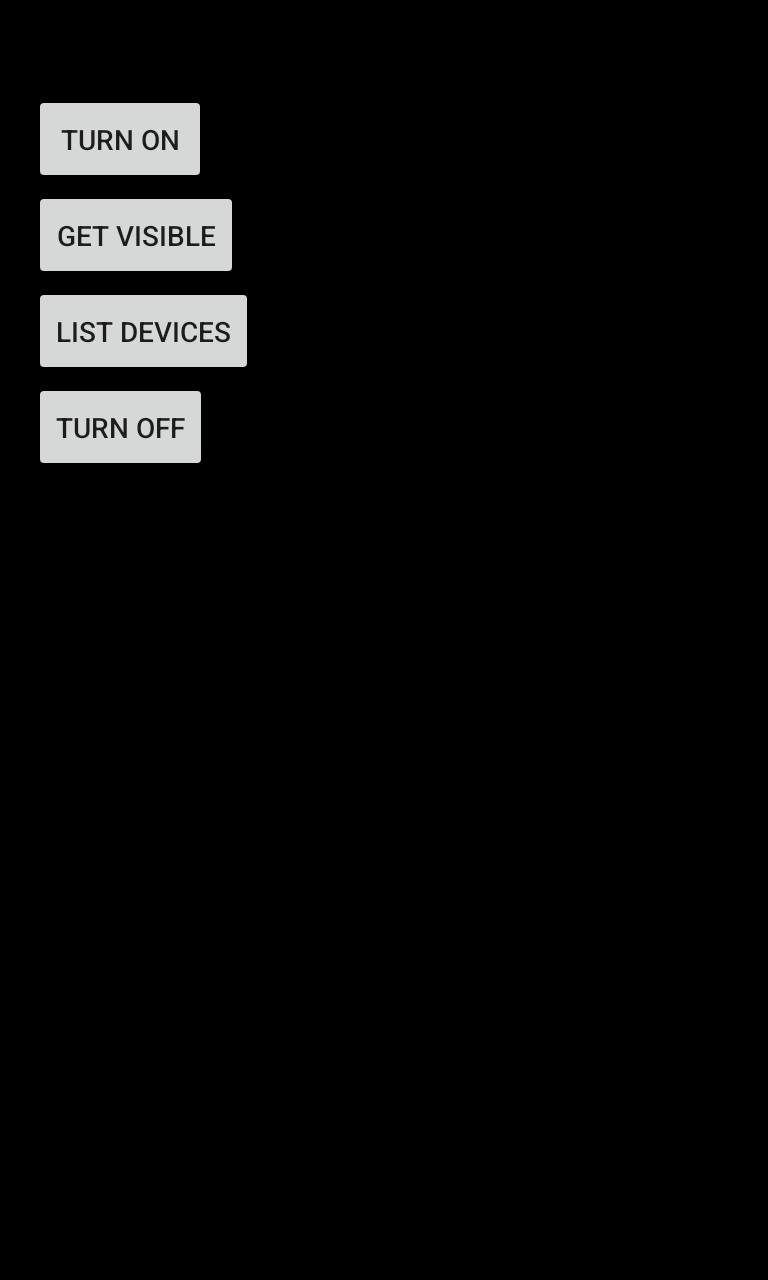
Repository: sjbrown4/BAN
Layout: HeartApp/HealthMonitor/res/layout/activity_main.xml
An editor plug-in stored every save of this project. The layout is shown before and after the next save, followed by the edit.
It is drawn on a 768 x 1280 px phone screen (xhdpi) without system bars, with theme AppTheme; the app's code is not run. Lists and similar views that code fills are empty.

Above is the layout before, as saved 2014-10-31 01:59:10.

### HeartApp/HealthMonitor/res/layout/activity_main.xml
<RelativeLayout xmlns:android="http://schemas.android.com/apk/res/android"
     xmlns:tools="http://schemas.android.com/tools"
     android:background="@drawable/black_background"
     android:layout_width="match_parent"
     android:layout_height="match_parent"
     android:paddingBottom="@dimen/activity_vertical_margin"
     android:paddingLeft="@dimen/activity_horizontal_margin"
     android:paddingTop="@dimen/activity_vertical_margin"
     tools:context="com.Titan.healthmonitor.MainActivity">

      android:id="@+id/scrollView1"
      android:layout_width="wrap_content"
      android:layout_height="wrap_content"
      android:layout_alignParentBottom="true"
      android:layout_alignParentLeft="true"
      android:layout_alignParentRight="true"
      android:layout_alignParentTop="true" >

   <LinearLayout
      android:layout_width="match_parent"
      android:layout_height="wrap_content"
      android:orientation="vertical" >

   <TextView
      android:id="@+id/textView1"
      android:layout_width="wrap_content"
      android:layout_height="wrap_content"
      android:text="@string/app_name"
      android:textAppearance="?android:attr/textAppearanceLarge" />

   <Button
      android:id="@+id/button1"
      android:layout_width="wrap_content"
      android:layout_height="wrap_content"
      android:onClick="on"
      android:text="@string/on" />

   <Button
      android:id="@+id/button2"
      android:layout_width="wrap_content"
      android:layout_height="wrap_content"
      android:onClick="visible"
      android:text="@string/Visible" />

   <Button
      android:id="@+id/button3"
      android:layout_width="wrap_content"
      android:layout_height="wrap_content"
      android:onClick="list"
      android:text="@string/List" />

   <Button
      android:id="@+id/button4"
      android:layout_width="wrap_content"
      android:layout_height="wrap_content"
      android:onClick="off"
      android:text="@string/off" />

   <ListView
     android:id="@+id/listView1"
      android:layout_width="match_parent"
      android:layout_height="wrap_content"
      android:visibility="visible" >
   </ListView>

   </LinearLayout>

</RelativeLayout>

### HeartApp/HealthMonitor/res/values/strings.xml
<?xml version="1.0" encoding="utf-8"?>
<resources>
    <string name="app_name">Health Monitor</string>
    <string name="action_settings">Settings</string>
   <string name="hello_world">Hello world!</string>
   <string name="on">Turn On</string>
   <string name="off">Turn Off</string>
   <string name="Visible">Get Visible</string>
   <string name="List">List Devices</string>
</resources>

Loaded but not shown: HeartApp/HealthMonitor/res/values/styles.xml (common file); HeartApp/HealthMonitor/res/values-v11/styles.xml (common file); HeartApp/HealthMonitor/res/values-v14/styles.xml (common file); HeartApp/HealthMonitor/res/values/dimens.xml (common file); HeartApp/HealthMonitor/res/values-w820dp/dimens.xml (common file)

After the next save:
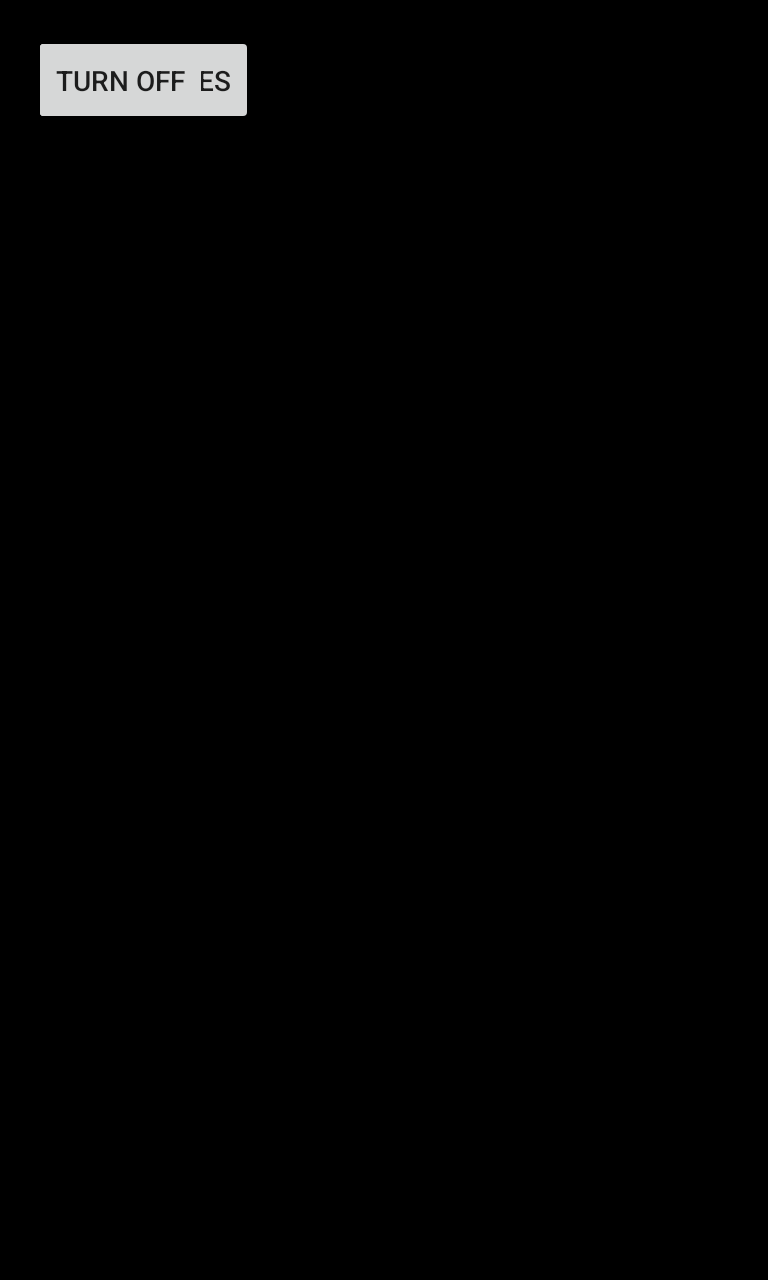
Saved 18 s later.
--- a/HeartApp/HealthMonitor/res/layout/activity_main.xml
+++ b/HeartApp/HealthMonitor/res/layout/activity_main.xml
@@ -6,7 +6,7 @@
      android:paddingBottom="@dimen/activity_vertical_margin"
      android:paddingLeft="@dimen/activity_horizontal_margin"
      android:paddingTop="@dimen/activity_vertical_margin"
-     tools:context="com.Titan.healthmonitor.MainActivity">
+     tools:context="com.Titan.healthmonitor.MainActivity"
 
       android:id="@+id/scrollView1"
       android:layout_width="wrap_content"
@@ -16,7 +16,6 @@
       android:layout_alignParentRight="true"
       android:layout_alignParentTop="true" >
 
-   <LinearLayout
       android:layout_width="match_parent"
       android:layout_height="wrap_content"
       android:orientation="vertical" >
@@ -63,6 +62,5 @@
       android:visibility="visible" >
    </ListView>
 
-   </LinearLayout>
 
 </RelativeLayout>

After the save that followed:
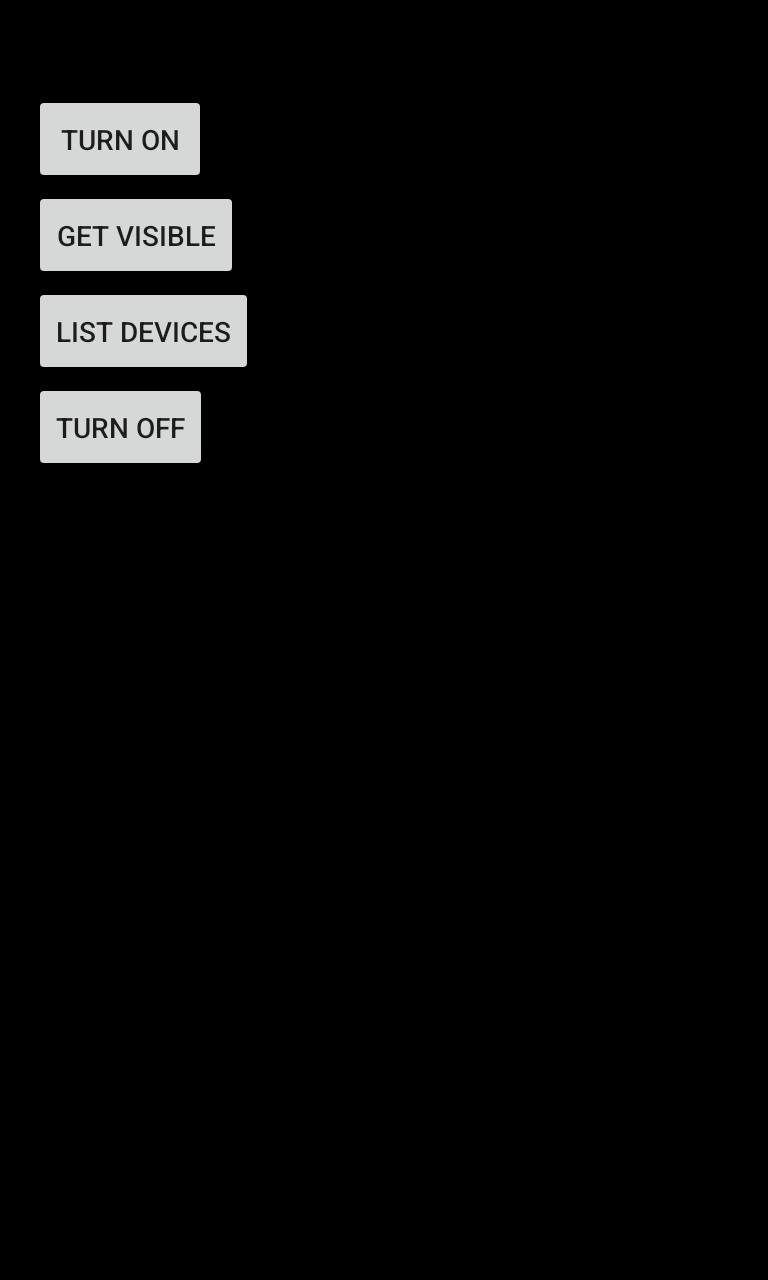
Saved 38 s later.
--- a/HeartApp/HealthMonitor/res/layout/activity_main.xml
+++ b/HeartApp/HealthMonitor/res/layout/activity_main.xml
@@ -6,8 +6,9 @@
      android:paddingBottom="@dimen/activity_vertical_margin"
      android:paddingLeft="@dimen/activity_horizontal_margin"
      android:paddingTop="@dimen/activity_vertical_margin"
-     tools:context="com.Titan.healthmonitor.MainActivity"
+     tools:context="com.Titan.healthmonitor.MainActivity">
 
+    <ScrollView
       android:id="@+id/scrollView1"
       android:layout_width="wrap_content"
       android:layout_height="wrap_content"
@@ -16,6 +17,7 @@
       android:layout_alignParentRight="true"
       android:layout_alignParentTop="true" >
 
+   <LinearLayout
       android:layout_width="match_parent"
       android:layout_height="wrap_content"
       android:orientation="vertical" >
@@ -62,5 +64,6 @@
       android:visibility="visible" >
    </ListView>
 
-
+   </LinearLayout>
+</ScrollView>
 </RelativeLayout>
